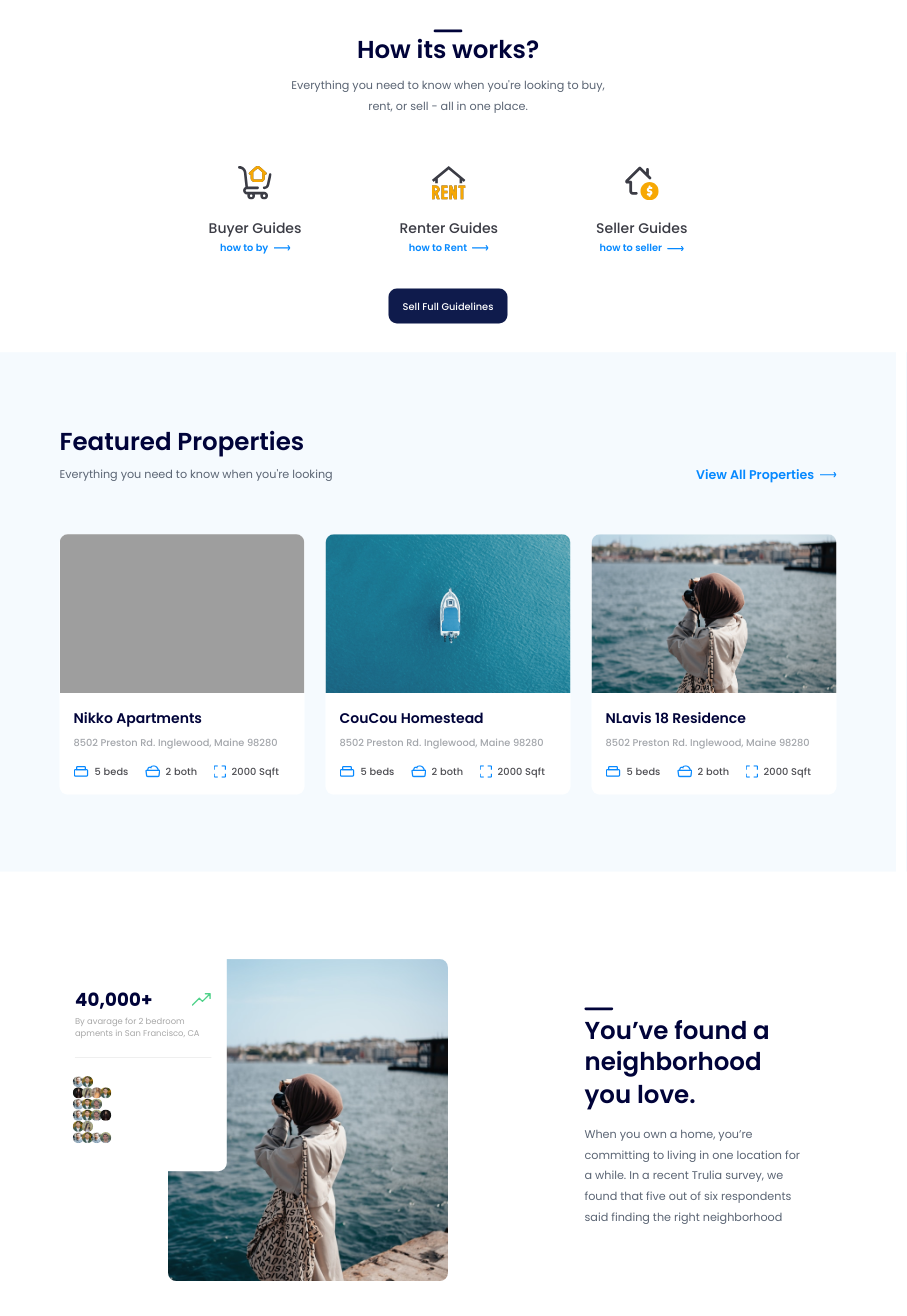
Repository: Kazuto-2004/f8-htmlcss-01
Page: index.html
These files come from the project's save history. The page is drawn as it stood at one moment and after the next save; the edit follows.
The browser window is 1280 px wide. The page is 1295 px wide, so the pictures cover 1295 px, including what lies to the right of the window. The pictures show the part of the page from y = 1193 to 3073 px (the page is 3073 px tall), at 70% of full size.
Pictures or frames that could not be fetched are drawn as grey boxes.

Above is the page before, as saved 2023-07-15 17:18:15.

After the next save:
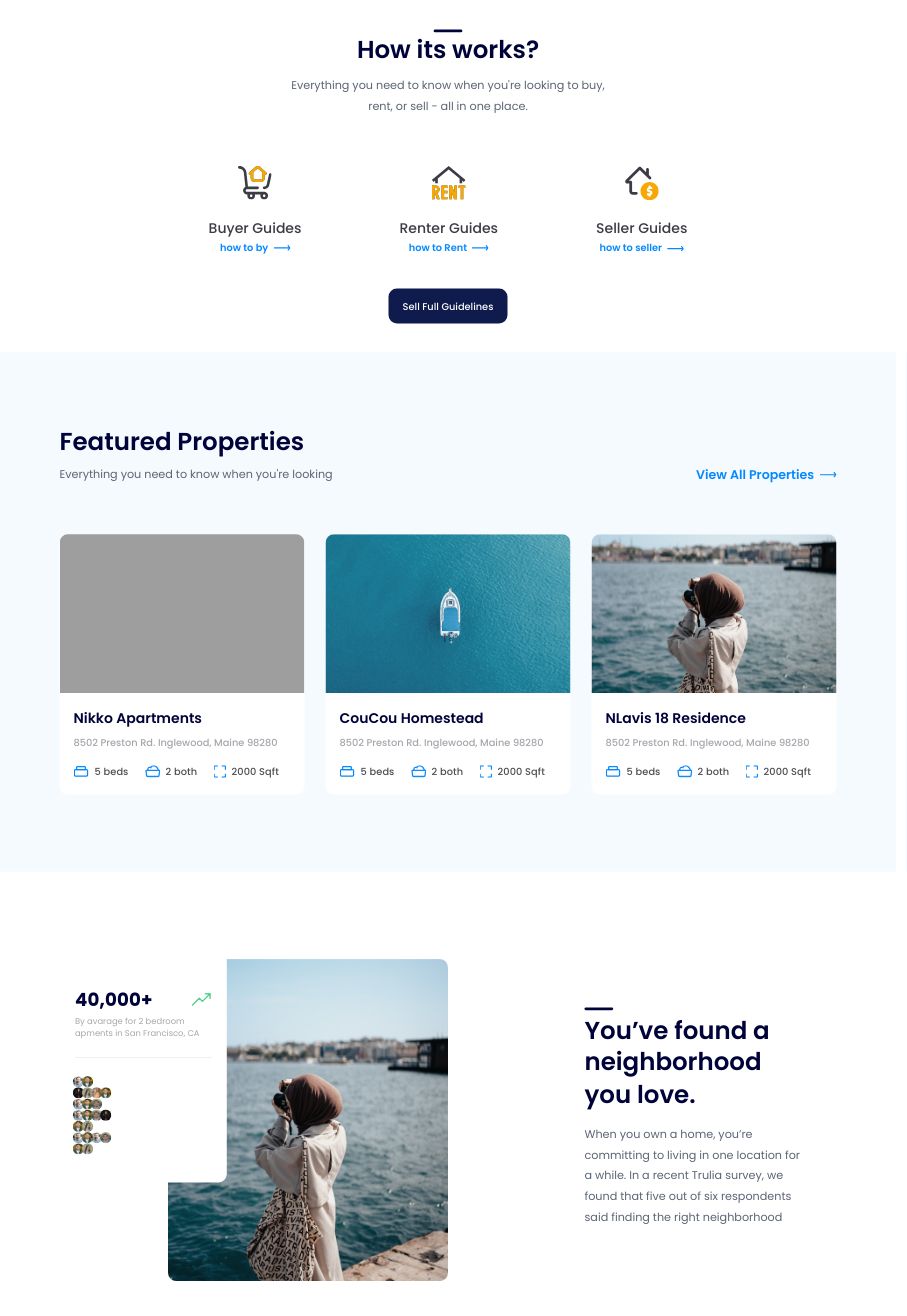
Saved 54 s later.
--- a/index.html
+++ b/index.html
@@ -415,6 +415,16 @@
                                                 class="avatar" />
                                         </div>
                                     </div>
+                                    <div class="avatar-group">
+                                        <img
+                                            src="./assets/img/avatar-2.jpeg"
+                                            alt=""
+                                            class="avatar" />
+                                        <img
+                                            src="./assets/img/avatar-5.jpeg"
+                                            alt=""
+                                            class="avatar" />
+                                    </div>
                                 </div>
                             </div>
                         </div>
